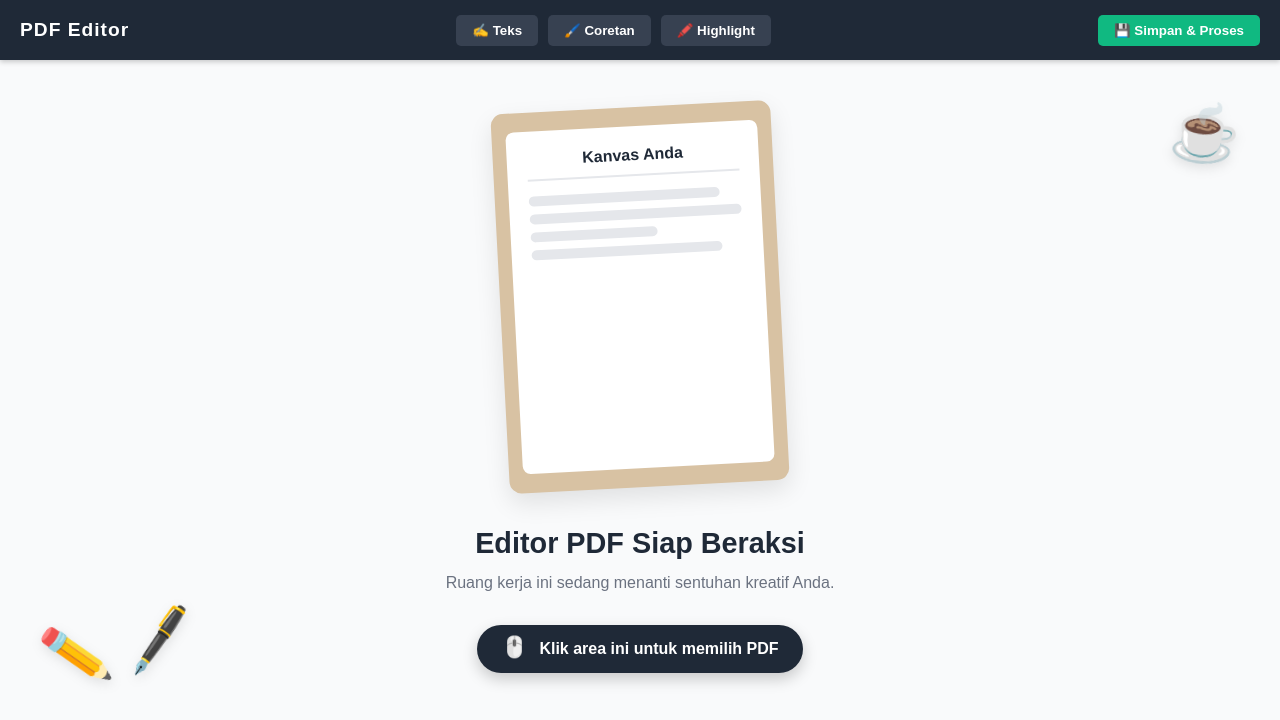
Repository: IkhsanMoekhtar/pdf_editor
Page: /
The author's editor kept a copy of each file at every save. The page is drawn from the files as they stood at one save, then again after the next save.
The browser window is 1280 px wide. The pictures show the whole page.
The project was rebuilt for these pictures with package versions that can differ from the ones it lists, and the page was loaded fresh each time. Also part of the build but not shown: vite.config.js.

Above is the page before, as saved 2026-03-18 04:57:40.

After the next save:
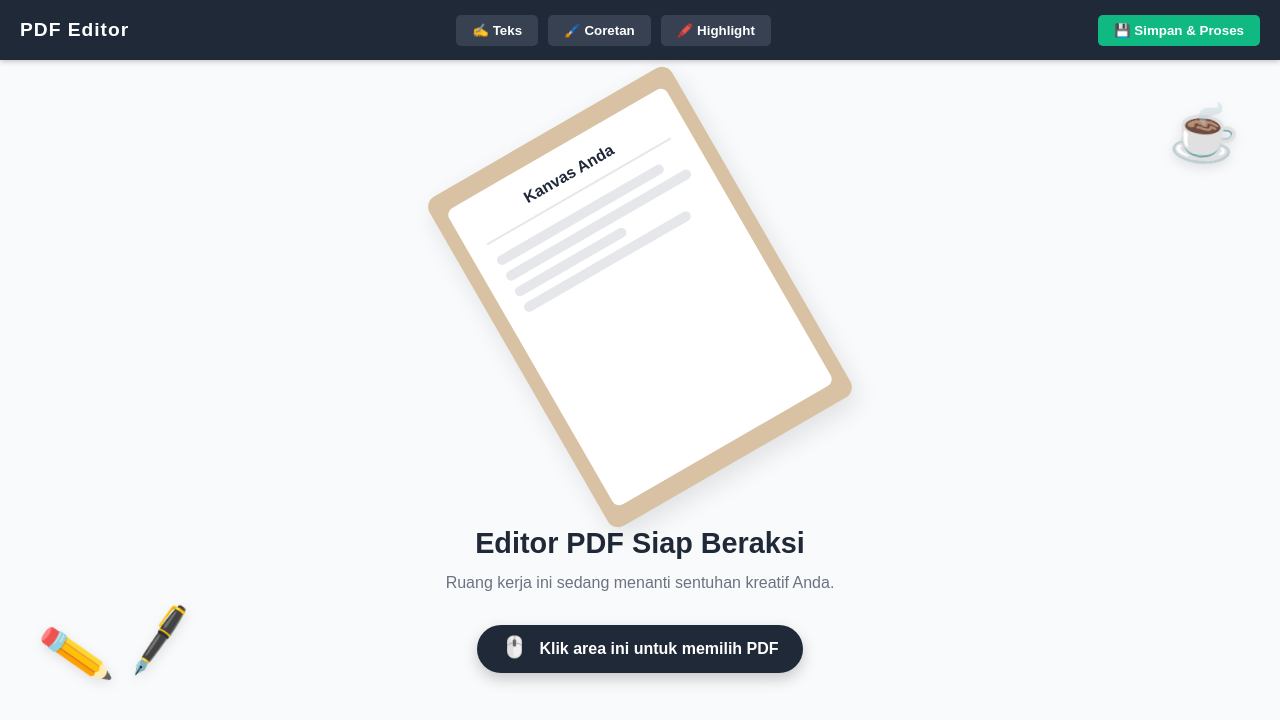
Saved 7 s later.
--- a/src/App.css
+++ b/src/App.css
@@ -82,7 +82,7 @@
   background-color: #d8c2a3;
   border-radius: 12px;
   box-shadow: 0 10px 25px rgba(0,0,0,0.1);
-  transform: rotate(-3deg);
+  transform: rotate(-30deg);
   position: relative;
   display: flex; align-items: center; justify-content: center;
   margin-bottom: 40px;
